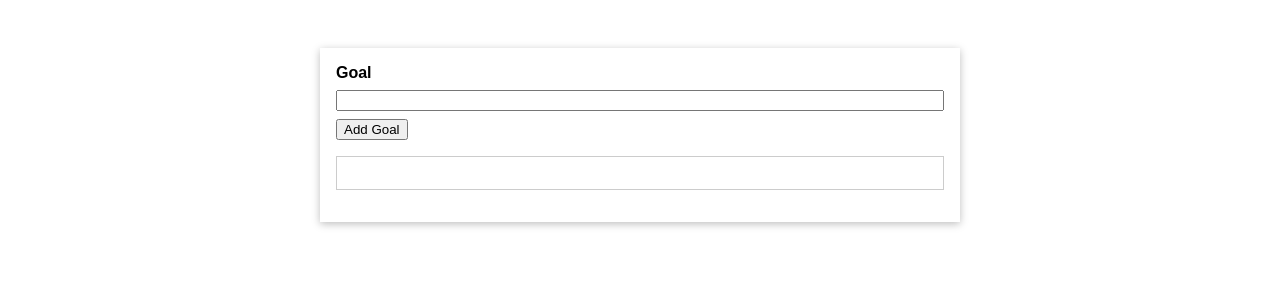
Repository: zmarkoni/Vue-The-Complete-Guide
Page: gs-01-starting-project/index.html
The author's editor kept a copy of each file at every save. The page is drawn from the files as they stood at one save, then again after a run of saves.
The browser window is 1280 px wide. The pictures show the whole page.

Above is the page before, as saved 2020-12-28 22:57:15.
Console error: TypeError: Vue.createApp is not a function

### gs-01-starting-project/index.html
<!DOCTYPE html>
<html lang="en">
  <head>
    <meta charset="UTF-8" />
    <meta name="viewport" content="width=device-width, initial-scale=1.0" />
    <title>A First App</title>
    <link rel="stylesheet" href="styles.css" />
  </head>
  <body>
    <div id="app">
      <div>
        <label for="goal">Goal</label>
        <input type="text" id="goal" v-model="enteredValue" />
        <button v-on:click="addGoal">Add Goal</button>
      </div>
      <ul>
        <li v-for="goal in golas"></li>
      </ul>
    </div>
    <script src="https://cdn.jsdelivr.net/npm/vue@2.6.12/dist/vue.js"></script>
    <script src="app.js"></script>
  </body>
</html>

### gs-01-starting-project/app.js
Vue.createApp({
    data() {
        return {
            goals: [],
            enteredValue: ''
        };
    },
    methods: {
        addGoal() {
            this.goals.push(this.enteredValue);
        }
    }
});


/* const buttonEl = document.querySelector('button');
const inputEl = document.querySelector('input');
const listEl = document.querySelector('ul');


function addGoal() {
    const enteredValue = inputEl.value;
    const listItemEl = document.createElement('li');
    listItemEl.textContent = enteredValue;
    listEl.appendChild(listItemEl);
    inputEl.value = '';
}

buttonEl.addEventListener('click', addGoal); */

Loaded but not shown: gs-01-starting-project/styles.css (common file)

After the next 2 saves:
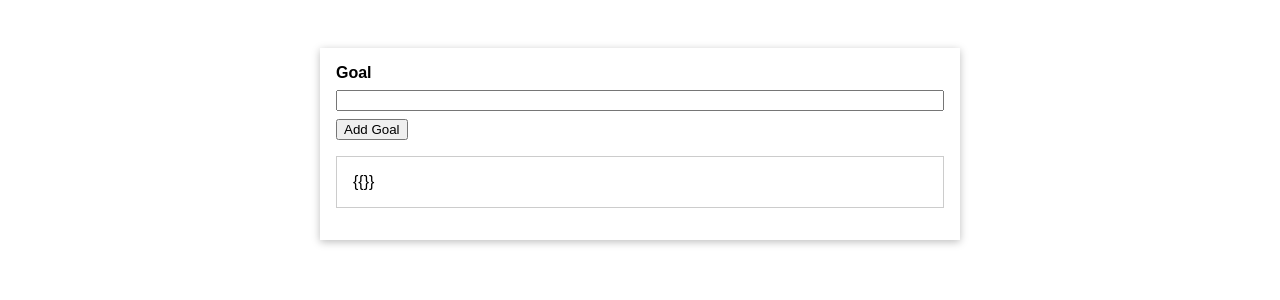
The 2 saves are shown as one change because they came seconds apart.
The last was saved 20 s later.
--- a/gs-01-starting-project/index.html
+++ b/gs-01-starting-project/index.html
@@ -14,7 +14,7 @@
         <button v-on:click="addGoal">Add Goal</button>
       </div>
       <ul>
-        <li v-for="goal in golas"></li>
+        <li v-for="goal in golas">{{}}</li>
       </ul>
     </div>
     <script src="https://cdn.jsdelivr.net/npm/vue@2.6.12/dist/vue.js"></script>
